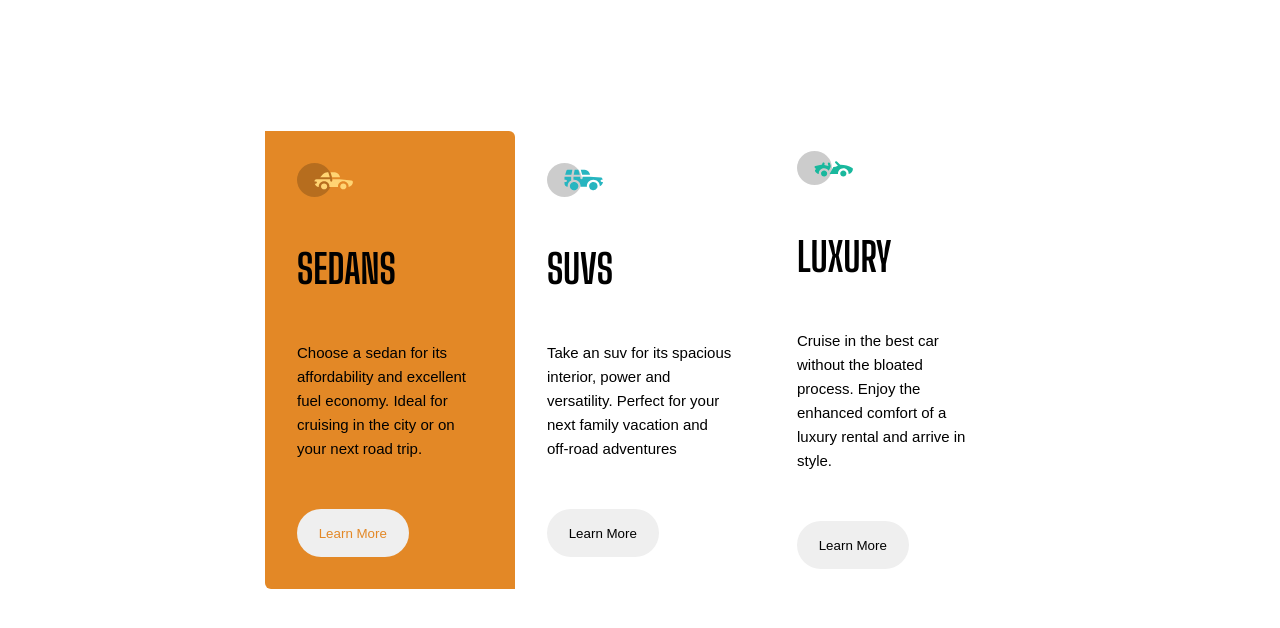
Repository: UnegbuAbigail/3-columns-cards
Page: index.html
The author's editor kept a copy of each file at every save. The page is drawn from the files as they stood at one save, then again after the next save.
The browser window is 1280 px wide. The pictures show the whole page.

Above is the page before, as saved 2024-08-03 14:42:49.

### index.html
<!DOCTYPE html>
<html lang="en">
<head>
    <meta charset="UTF-8">
    <meta name="viewport" content="width=device-width, initial-scale=1.0">
    <title>Document</title>
    <link rel="stylesheet" href="style.css">
</head>
<body>
    <main>
        <section>
            <!-- card-1 -->
             <div class="cards" id="card-1">
                <img src="assets/icon-sedans.svg" alt="sedan-car-image">
                <h2>SEDANS</h2>
                <p>Choose a sedan for its affordability and excellent fuel economy. Ideal for cruising in the city or on your next road trip.</p>
                <button>Learn More</button>
             </div>

             <!-- card-2 -->

             <div class="cards" id="cards-2">
                <img src="assets/icon-suvs.svg" alt="">
                <h2>SUVS</h2>
          <p>
            Take an suv for its spacious interior, power and versatility.
            Perfect for your next family vacation and off-road adventures
          </p>
          <button>Learn More</button>
             </div>

             <!-- card-3 -->
             <div class="cards" id="cards-3">
                <img src="assets/icon-luxury.svg" alt="luxury-car-image">
                <h2>LUXURY</h2>
                <p>
                    Cruise in the best car without the bloated process. Enjoy the enhanced comfort of a luxury rental and arrive in style.
                </p>
                <button>Learn More</button>
               </div>
        </section>
    </main>
</body>
</html>

### style.css
@import url('https://fonts.googleapis.com/css2?family=Lexend+Deca:wght@100..900&family=Montserrat:ital,wght@0,100..900;1,100..900&display=swap');
@import url('https://fonts.googleapis.com/css2?family=Big+Shoulders+Display:wght@100..900&family=Lexend+Deca:wght@100..900&family=Montserrat:ital,wght@0,100..900;1,100..900&display=swap');

* {
    padding: 0;
    margin: 0;
    box-sizing: border-box;
}

:root{
    --bright-orange: hsl(31, 77%, 52%);
    --dark-cyan: hsl(184, 100%, 22%);
    --very-dark-cyan: hsl(179, 100%, 13%);
    --transparent-white: hsla(0, 0%, 100%, 0.75);
    --very-light-gray: hsl(0, 0%, 95%);
    --ff-big-shoulders-display: "Big Shoulders Display", sans-serif;
    --ff-lexand-deca: "Lexand Deca", sans-serif;
}

html,body {
    display: flex;
    justify-content: center;
    align-items: center;
    /* border: 2px, solid red; */
    min-height: 100%;
}

body {
    font-size: 15px;
}

main {
    display: flex;
    justify-content: center;
    align-items: center;
    min-height: 100%;
}

section {
    /* border: 2px solid blue; */
    display: flex;
    justify-content: center;
    align-items: center;
    width: 70%;
    height: 100%;

}

/* cards */
.cards {
    display: flex;
    flex-direction: column;
    gap: 3rem;
    padding: 2rem;
}

img {
    width: 30%;
}

h2 {
    font-family: var(--ff-big-shoulders-display);
    font-weight: 700;
    font-size: 2.5rem;
}

p{
    /* color: var(--transparent-white); */
    font-family: var(--ff-lexand-deca);
    font-weight: 400;
    width: 186px;
    line-height: 1.5rem;

}

button{
    width: 60%;
    height: 3rem;
    border: none;
    border-radius: 5rem;
    font-family: var(--ff-lexand-deca);
}

#card-1{
    background-color: var(--bright-orange);
    border-top-right-radius: 6px;
    border-bottom-left-radius: 6px;
}
#card-1 button{
    color: var(--bright-orange);
}

#card-2{
    background-color: var(--dark-cyan);
}

#card-2 button{
    color: var(--dark-cyan);
}

After the next save:
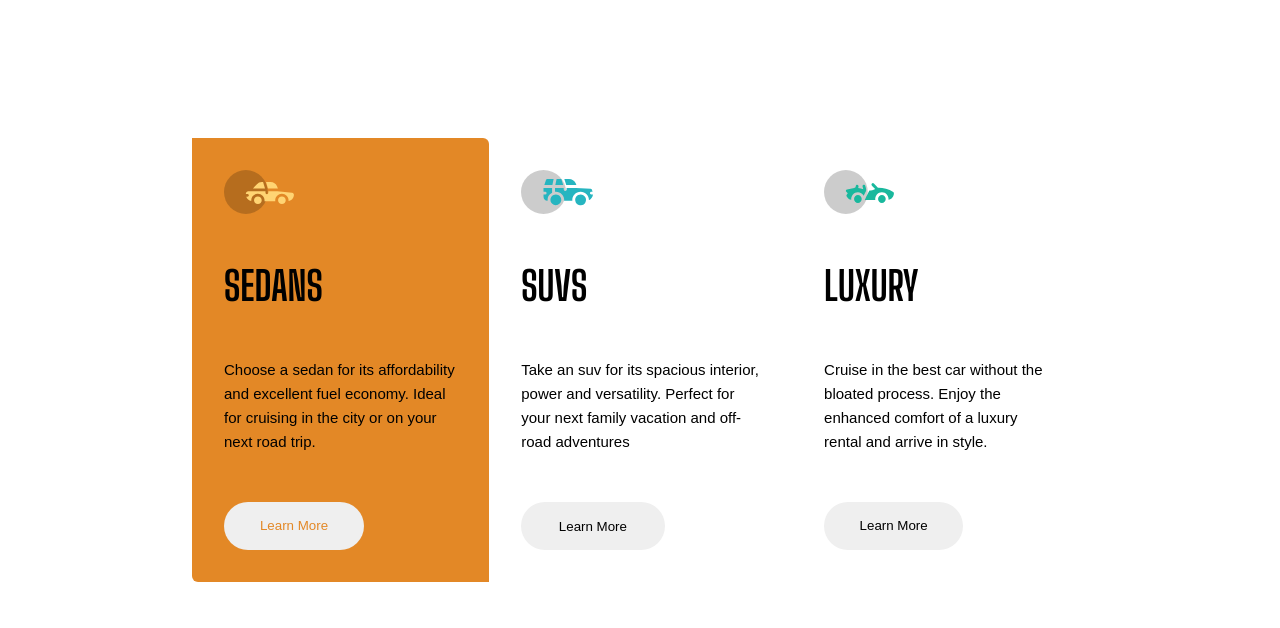
Saved 13 s later.
--- a/style.css
+++ b/style.css
@@ -68,7 +68,7 @@ p{
     /* color: var(--transparent-white); */
     font-family: var(--ff-lexand-deca);
     font-weight: 400;
-    width: 186px;
+    /* width: 186px; */
     line-height: 1.5rem;
 
 }
